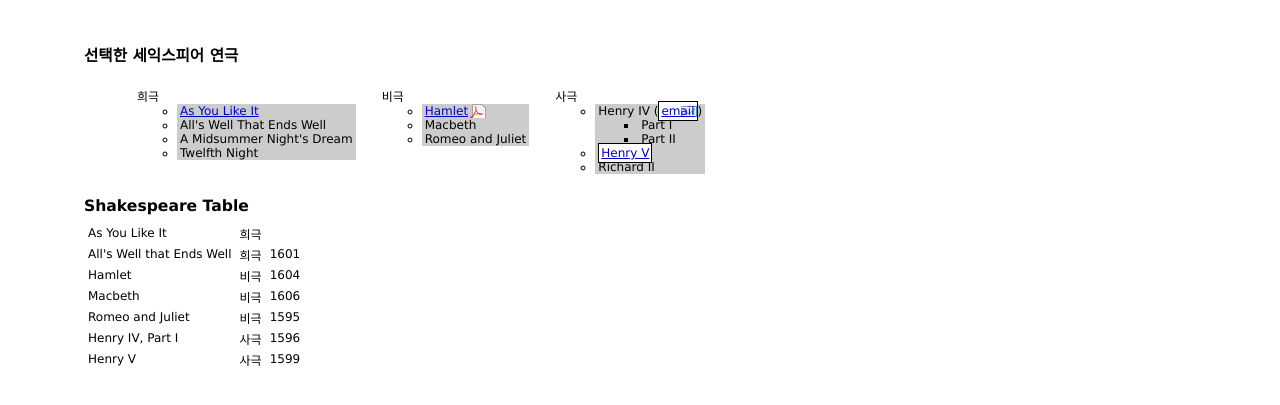
Repository: RyuJelly/211
Page: java_web/jQuery/WebContent/chap02/index.html
The author's editor kept a copy of each file at every save. The page is drawn from the files as they stood at one save, then again after the next save.
The browser window is 1280 px wide. The pictures show the whole page.

Above is the page before, as saved 2021-03-15 03:31:11.

### java_web/jQuery/WebContent/chap02/index.html
<!DOCTYPE html PUBLIC "-//W3C//DTD XHTML 1.0 Transitional//EN"
	"http://www.w3.org/TR/xhtml1/DTD/xhtml1-transitional.dtd">

<html xmlns="http://www.w3.org/1999/xhtml" xml:lang="en" lang="en">
<head>
	<meta http-equiv="Content-Type" content="text/html; charset=utf-8"/>

	<title>Selected ShakeSpeare Plays</title>
	<link rel="stylesheet" href="../css/default.css" type="text/css" media="screen" />
	<link rel="stylesheet" href="chapter2.css" type="text/css" media="screen" />

	<script src="jquery.js" type="text/javascript"></script>
  <script src="chapter2.js" type="text/javascript"></script>

</head>
<body>
<div id="container">

<h2>선택한 세익스피어 연극</h2>
<ul id="selected-plays" class="clear-after">
  <li>희극
    <ul>
    	<li><a href="/asyoulikeit/">As You Like It</a></li>
    	<li>All's Well That Ends Well</li>
    	<li>A Midsummer Night's Dream</li>
    	<li>Twelfth Night</li>
    </ul>
  </li>
  <li>비극
    <ul>
    	<li><a href="hamlet.pdf">Hamlet</a></li>
    	<li>Macbeth</li>
    	<li>Romeo and Juliet</li>
    </ul>
  </li>
  <li>사극
    <ul>
    	<li>Henry IV (<a href="mailto:henryiv@king.co.uk">email</a>)
        <ul>
          <li>Part I</li>
          <li>Part II</li>
			  </ul>
			</li>
			<li><a href="http://www.shakespeare.co.uk/henryv.htm">Henry V</a></li>
			<li>Richard II</li>
    </ul>
  </li>
</ul>
<h2>Shakespeare Table</h2>
<table>
  <tr>
  	<td>As You Like It</td>
  	<td>희극</td>
  	<td></td>
  </tr>
  <tr>
  	<td>All's Well that Ends Well</td>
  	<td>희극</td>
  	<td>1601</td>
  </tr>
  <tr>
  	<td>Hamlet</td>
  	<td>비극</td>
  	<td>1604</td>
  </tr>
  <tr>
  	<td>Macbeth</td>
  	<td>비극</td>
  	<td>1606</td>
  </tr>
  <tr>
  	<td>Romeo and Juliet</td>
  	<td>비극</td>
  	<td>1595</td>
  </tr>
  <tr>
  	<td>Henry IV, Part I</td>
  	<td>사극</td>
  	<td>1596</td>
  </tr>
  <tr>
  	<td>Henry V</td>
  	<td>사극</td>
  	<td>1599</td>
  </tr>
</table>
<!-- <h2>from Benjamin Franklin's <em>Autobiography</em></h2>
<p>Thus refreshed, I walked again up the street, which by this time had many clean-dressed people in it, who were all walking the same way. I joined them, and thereby was led into the great meeting-house of the Quakers near the market. I sat down among them, and, after looking round awhile and hearing nothing said, being very drowsy thro’ labor and want of rest the preceding night, I fell fast asleep, and continued so till the meeting broke up, when one was kind enough to rouse me. This was, therefore, the first house I was in, or slept in, in Philadelphia.</p> -->
</div>
</body>
</html>

### java_web/jQuery/WebContent/chap09/default.css
body {
  font: 62.5% Arial, Verdana, sans-serif;
}

#container {
  padding: 20px 60px 100px;
}
h1 {
  font-size: 2.5em;
  margin-bottom: 1em;
}
h2 {
  font-size: 1.3em;
  margin-bottom: .5em;
}
h3 {
  font-size: 1.1em;
  margin-bottom: 0;
}

### java_web/jQuery/WebContent/chap02/chapter2.css
/***************************************
   =default styles
************************************** */

html, body {
  margin: 0;
  padding: 0;
}

body {
  font: 62.5% Verdana, Helvetica, Arial, sans-serif;
  color: #000;
  background: #fff;
}
#container {
  font-size: 1.2em;
  margin: 10px 2em;
}

h1 {
  font-size: 2.5em;
  margin-bottom: 0;
}

h2 {
  font-size: 1.3em;
  margin-bottom: .5em;
}
h3 {
  font-size: 1.1em;
  margin-bottom: 0;
}

code {
  font-size: 1.2em;
}

a {
  color: #06581f;
}
/* ----------------------------
=Aslett Clearing Method for floats
-------------------------------*/
.clear-after:after {
  content: ".";
  display: block;
  height: 0;
  clear: both;
  visibility: hidden;
  }
.clear-after {display: inline-block;}
/* backslash hack hides from IE Mac \*/
	* html .clear-after {height: 1%;}
	.clear-after {display: block;}
/* end backslash hack */


/***************************************
   =chapter styles
************************************** */

li {
  padding: 0 3px;
}
.horizontal {
  float: left;
  list-style: none;
  margin: 10px;
}
.sub-level {
  background: #ccc;
}
a {
  color: #00c;
}
a.mailto {
  background: url(images/email.png) no-repeat 100% 2px;
  padding-right: 18px;
}
a.pdflink {
  background: url(images/pdf.png) no-repeat 100% 0;
  padding-right: 18px;
}
a.henrylink {
  background-color: #fff;
  padding: 2px;
  border: 1px solid #000;
}
a.external {
  background: #fff url(images/external.png) no-repeat 100% 2px;
  padding-right: 16px;
}

table {
  border-collapse: collapse;
}
th, td {
  text-align: left;
  padding: 2px 4px;
}
.table-heading {
  background-color: #000;
  color: #fff;

}

.alt {
  background-color: #ccc;
}

.highlight {
  font-weight: bold;
  font-style: italic;
}

.italic {
  font-style: italic;
}
.bold {
  font-weight: bold;
}

### java_web/jQuery/WebContent/chap02/chapter2.js
$(function(){
	$('#selected-plays > li').addClass('horizontal');
	$('#selected-plays li:not("#selected-plays > li")').addClass('sub-level');
	$('a[href $= pdf]').addClass('pdflink');
	$('a[href ^= mailto]').addClass('mailto');
	$('a[href *= henry]').addClass('henrylink');
});

Loaded but not shown: java_web/jQuery/WebContent/chap02/jquery.js (library)

After the next save:
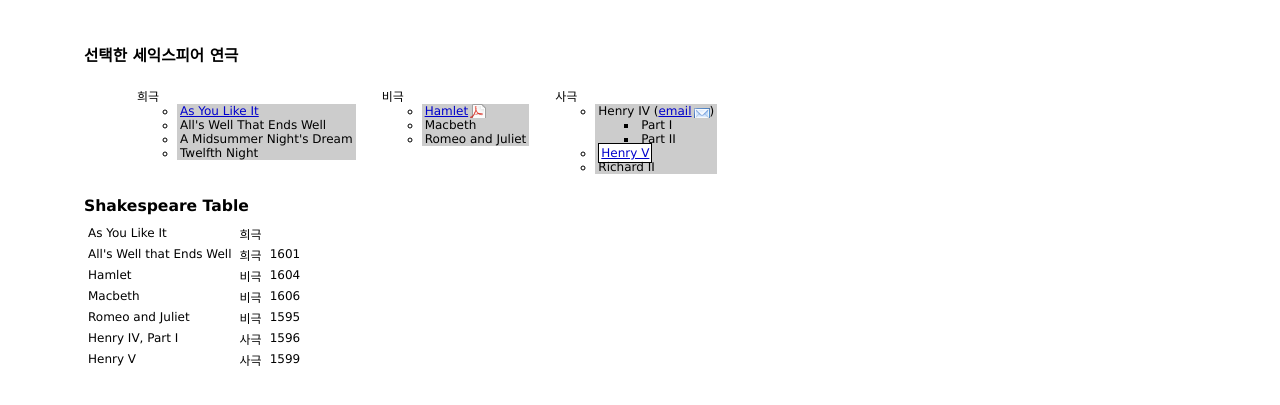
Saved 31 s later.
--- a/java_web/jQuery/WebContent/chap02/chapter2.js
+++ b/java_web/jQuery/WebContent/chap02/chapter2.js
@@ -3,5 +3,5 @@ $(function(){
 	$('#selected-plays li:not("#selected-plays > li")').addClass('sub-level');
 	$('a[href $= pdf]').addClass('pdflink');
 	$('a[href ^= mailto]').addClass('mailto');
-	$('a[href *= henry]').addClass('henrylink');
+	$('a[href *= henry]:not(.mailto)').addClass('henrylink');
 });
